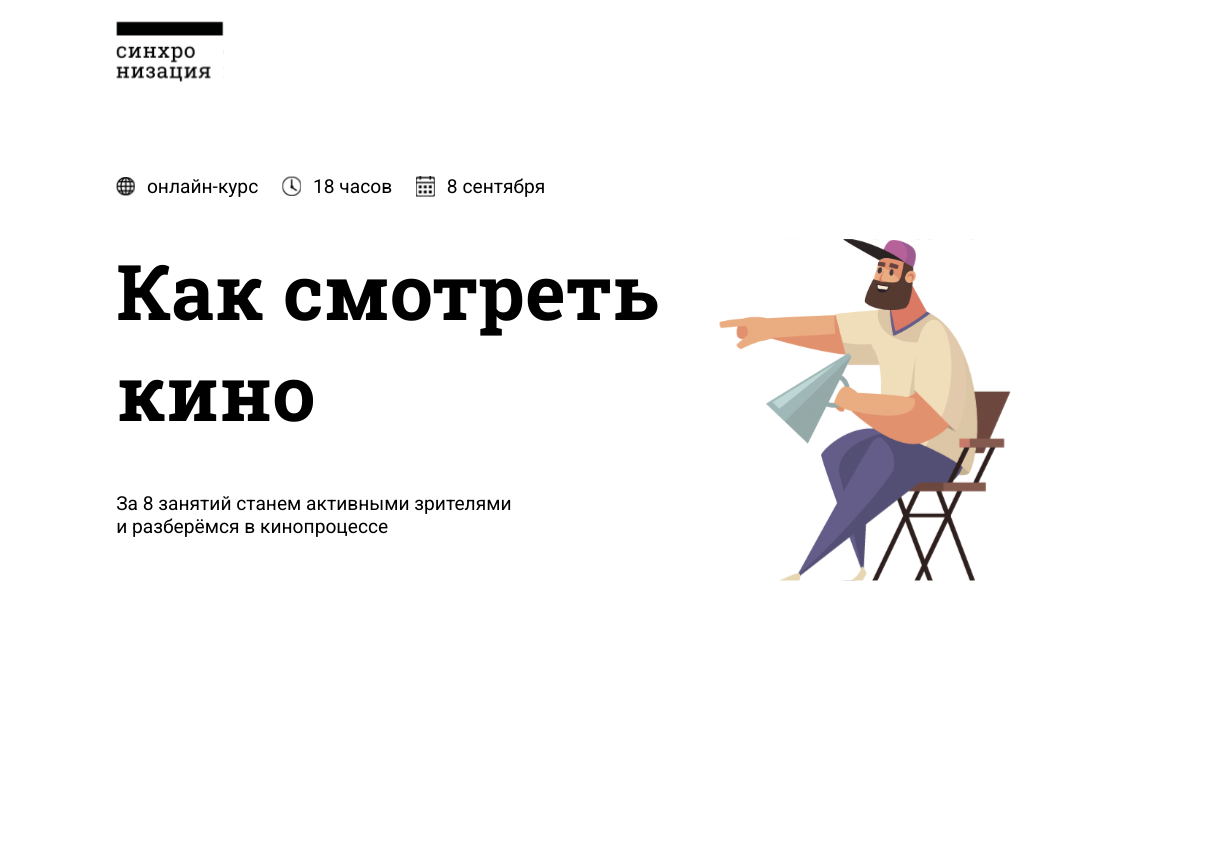
Repository: kubrazamanova/project1
Page: index.html
These files come from the project's save history. The page is drawn as it stood at one moment and after the next save; the edit follows.
The browser window is 1280 px wide. The pictures show the whole page, at 96% of full size.

Above is the page before, as saved 2023-09-09 13:11:19.

After the next save:
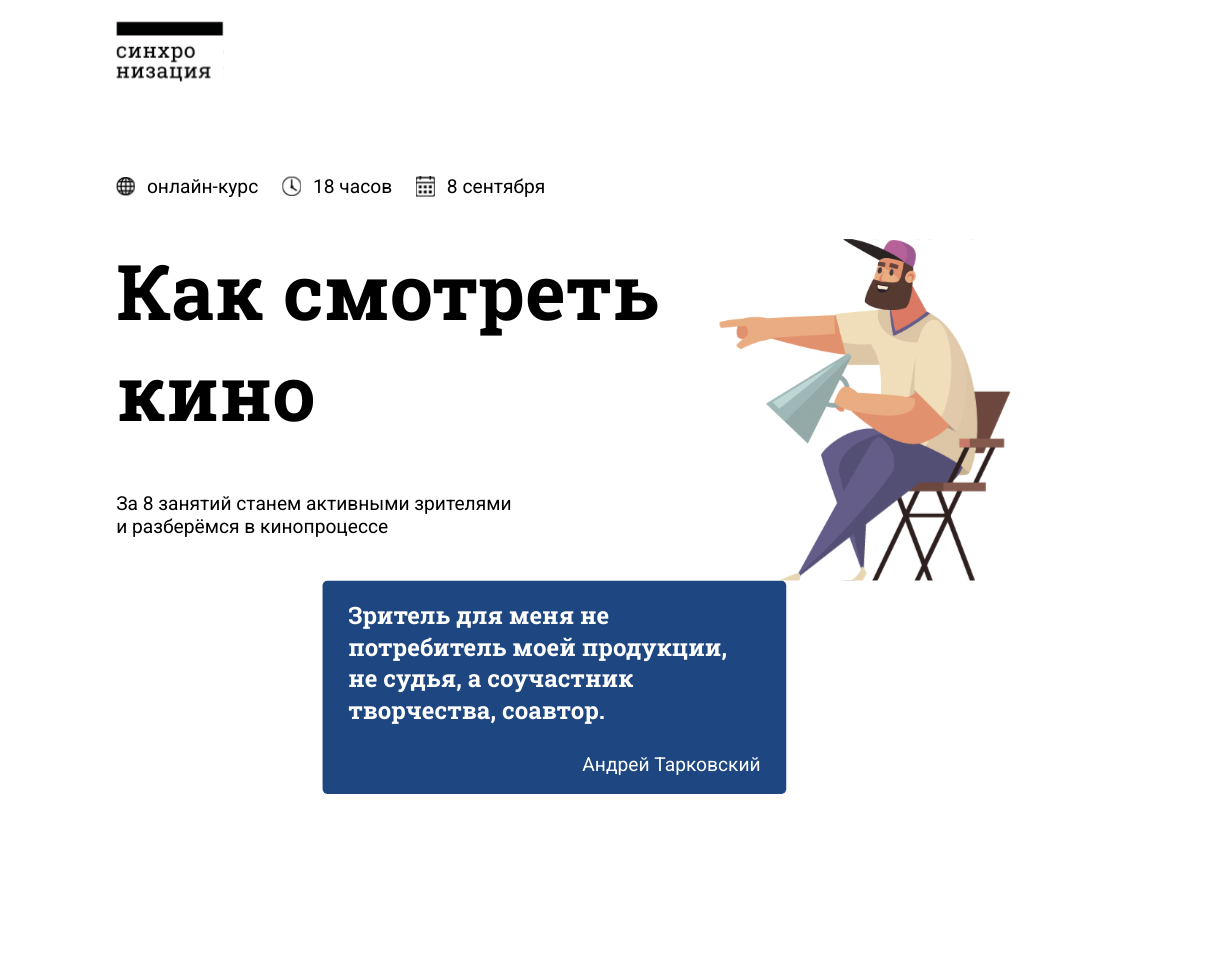
Saved 11 s later.
--- a/index.css
+++ b/index.css
@@ -59,7 +59,10 @@
   font-style: normal;
   font-weight: 400;
 }
-.c
+.container .card-box-container{
+    display: flex;
+    justify-content: center;
+}
 .container .card-box {
     /* margin: auto; */
     padding: 19px 27px;
